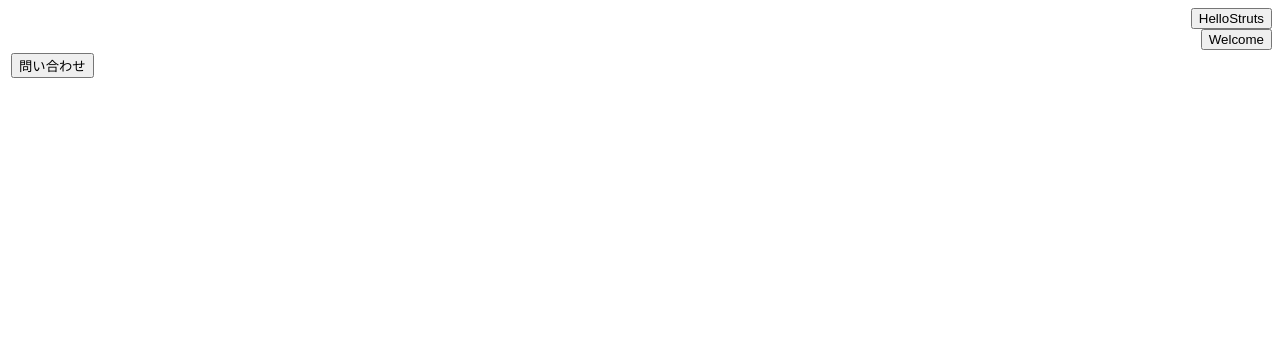
Repository: b1116248/test
Page: http://localhost/WebProj/
These files come from the project's save history. The page is drawn as it stood at one moment and after the next save; the edit follows.
The browser window is 1280 px wide. The pictures show the whole page.
The page is served by Tomcat 9. Other server files are loaded and not shown.

Above is the page before, as saved 2018-07-09 01:44:27.

### WebProj/WebContent/index.jsp
<%@ page language="java" contentType="text/html; charset=UTF-8" pageEncoding="UTF-8"%>
<%@ taglib prefix="s" uri="/struts-tags" %>

<!DOCTYPE html>
<html>
<head>
<meta charset="utf-8">
<title>INDEX</title>
</head>
<body>
	<form action="HelloStrutsAction">
		<s:submit value="HelloStruts"/>
	</form>

	<form action="WelcomeAction">
		<s:submit value="Welcome"/>
	</form>

	<s:form action="InquiryAction">
		<s:submit value="問い合わせ"/>
	</s:form>


</body>
</html>

After the next save:
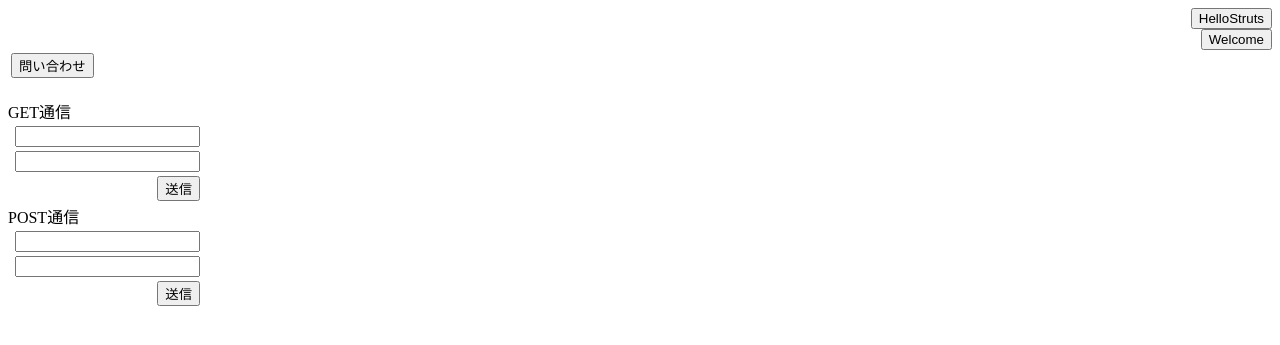
Saved 18 min 6 s later.
--- a/WebProj/WebContent/index.jsp
+++ b/WebProj/WebContent/index.jsp
@@ -20,6 +20,20 @@
 		<s:submit value="問い合わせ"/>
 	</s:form>
 
+	<br>
+	GET通信
+	<s:form method="get" action="TestAction">
+	<s:textfield name="username"/>
+	<s:password name="password"/>
+	<s:submit value="送信"/>
+	</s:form>
+	POST通信
+	<s:form method="post" action="TestAction">
+	<s:textfield name="username"/>
+	<s:password name="password"/>
+	<s:submit value="送信"/>
+	</s:form>
+
 
 </body>
 </html>
